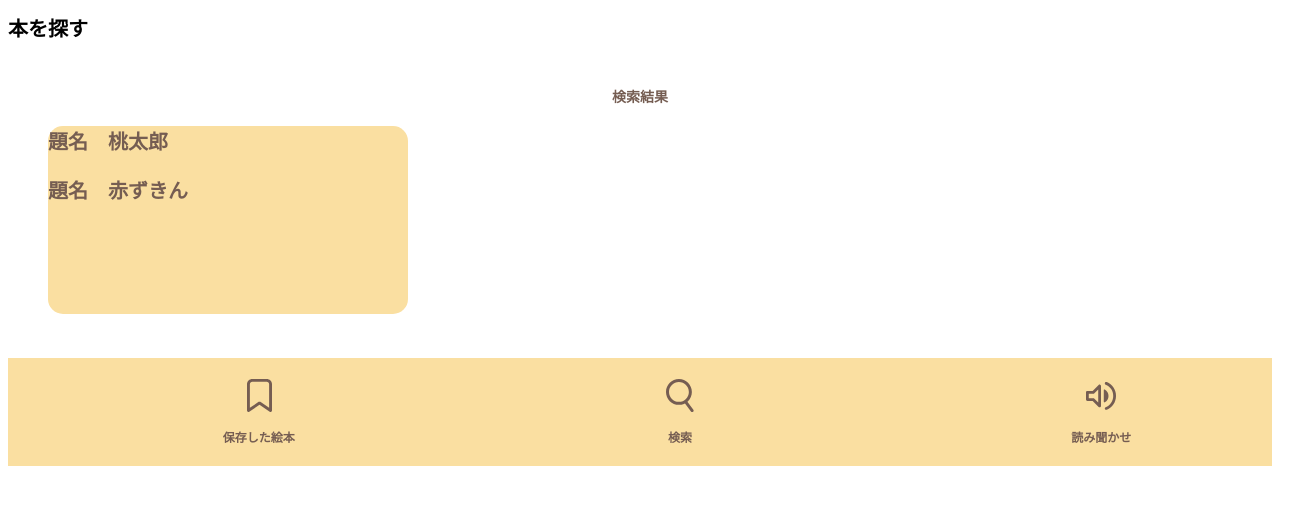
Repository: kmii12/2024-teampj
Page: /result
The author's editor kept a copy of each file at every save. The page is drawn from the files as they stood at one save, then again after the next save.
The browser window is 1280 px wide. The page is 1312 px wide, so the pictures cover 1312 px, including what lies to the right of the window. The pictures show the whole page.
Some web fonts or font styles are not loaded; a fallback is used. The project was rebuilt for these pictures with package versions that can differ from the ones it lists, and the page was loaded fresh each time. The framework's server and built-in components were replaced by stand-ins that run in the browser. Also part of the build but not shown: next.config.mjs.

Above is the page before, as saved 2024-10-23 10:24:01.

### src/app/result/page.tsx
"use client";

import Link from "next/link";
import styles from "./Result.module.scss";
import { usePathname } from "next/navigation";

export default function Result() {
  const pathname = usePathname();

  //ダミーデータ（あとからfirebaseから取得）
  const ResultDatas = [
    {
      id: 1,
      title: "桃太郎",
      writer: "不明",
      illustrator: "不明",
      livingThing: ["人間", "陸の生き物", "空の生き物"],
      mainCharacter: "桃太郎",
      character: [
        "桃太郎",
        "犬",
        "猿",
        "キジ",
        "鬼",
        "おじいさん",
        "おばあさん",
      ],
      genre: "昔話",
      location: "日本",
      hue: "不明",
      atmosphere: "",
      season: "不明",
    },
    {
      id: 2,
      title: "赤ずきん",
      writer: "不明",
      illustrator: "不明",
      livingThing: ["人間", "陸の生き物", "空の生き物"],
      mainCharacter: "赤ずきん",
      character: ["赤ずきん", "おばあさん", "オオカミ"],
      hue: "不明",
      atmosphere: ["かわいい", "怖い"],
      genre: "昔話",
      location: "海外",
      season: "不明",
    },
  ];
  return (
    <>
      <h1>本を探す</h1>

      <div className={styles.resultContainer}>
        <h2>検索結果</h2>
        <ul className={styles.resultList}>
          <div className={styles.resultItemWrap}>
            {ResultDatas.map((result) => (
              <li key={result.id} className={styles.resultItem}>
                <h3 className="title">題名　{result.title}</h3>
              </li>
            ))}
          </div>
        </ul>
      </div>
    </>
  );
}

### src/app/globals.css
html {
  font-size: 62.5%;
}

body {
  font-family: "Zen Maru Gothic", serif;
}

a {
  color: inherit;
  text-decoration: none;
}

li {
  list-style-type: none;
}

### src/app/components/Footer.tsx
"use client";

import Link from "next/link";
import styles from "./Footer.module.scss";
import { usePathname } from "next/navigation";

export default function Footer() {
  const pathname = usePathname();

  return (
    <footer className={styles.footer}>
      <nav>
        <ul>
          <li>
            <Link
              href="/saved"
              className={pathname === "/saved" ? styles.active : ""}
            >
              <svg
                xmlns="http://www.w3.org/2000/svg"
                width="40"
                height="40"
                viewBox="0 0 40 40"
                fill="none"
              >
                <path
                  d="M31.5577 36C31.2643 35.9944 30.9782 35.9096 30.7308 35.7549L20.5 28.7589L10.2692 35.7549C10.0433 35.8898 9.78379 35.9611 9.51923 35.9611C9.25467 35.9611 8.99521 35.8898 8.76923 35.7549C8.54791 35.643 8.3604 35.4762 8.22542 35.271C8.09043 35.0658 8.01271 34.8295 8 34.5857V8.18571C8 6.81038 8.55718 5.49137 9.54895 4.51886C10.5407 3.54635 11.8859 3 13.2885 3H27.7115C29.1141 3 30.4593 3.54635 31.451 4.51886C32.4428 5.49137 33 6.81038 33 8.18571V34.5857C33.001 34.8425 32.9297 35.0945 32.7939 35.3141C32.6582 35.5337 32.4633 35.7123 32.2308 35.8303C32.0245 35.9413 31.793 35.9996 31.5577 36ZM20.5 25.6286C20.7947 25.6255 21.0833 25.7111 21.3269 25.8737L30.1154 31.8703V8.18571C30.1154 7.56056 29.8621 6.96101 29.4113 6.51896C28.9605 6.07691 28.3491 5.82857 27.7115 5.82857H13.2885C12.6509 5.82857 12.0395 6.07691 11.5887 6.51896C11.1379 6.96101 10.8846 7.56056 10.8846 8.18571V31.8703L19.6731 25.8737C19.9167 25.7111 20.2053 25.6255 20.5 25.6286Z"
                  fill={pathname === "/saved" ? "#c96868" : "#755D52"}
                />
              </svg>
              <p
                style={{
                  color: pathname === "/saved" ? "#c96868" : "#755D52",
                }}
              >
                保存した絵本
              </p>
            </Link>
          </li>
          <li>
            <Link href="/" className={pathname === "/" ? styles.active : ""}>
              <svg
                xmlns="http://www.w3.org/2000/svg"
                width="40"
                height="40"
                viewBox="0 0 40 40"
                fill="none"
              >
                <path
                  fillRule="evenodd"
                  clipRule="evenodd"
                  d="M18.9346 25.8692C24.4214 25.8692 28.8692 21.4214 28.8692 15.9346C28.8692 10.4479 24.4214 6 18.9346 6C13.4479 6 9 10.4479 9 15.9346C9 21.4214 13.4479 25.8692 18.9346 25.8692ZM18.9346 28.8692C26.0782 28.8692 31.8692 23.0782 31.8692 15.9346C31.8692 8.79103 26.0782 3 18.9346 3C11.791 3 6 8.79103 6 15.9346C6 23.0782 11.791 28.8692 18.9346 28.8692Z"
                  fill={pathname === "/" ? "#c96868" : "#755D52"}
                />
                <path
                  fillRule="evenodd"
                  clipRule="evenodd"
                  d="M33.0447 35.7533C32.3807 36.2486 31.4408 36.1119 30.9455 35.4479L25.0052 27.4848C24.5099 26.8208 24.6466 25.881 25.3106 25.3856C25.9746 24.8903 26.9145 25.027 27.4098 25.691L33.3501 33.6541C33.8455 34.3181 33.7087 35.2579 33.0447 35.7533Z"
                  fill={pathname === "/" ? "#c96868" : "#755D52"}
                />
              </svg>
              <p
                style={{
                  color: pathname === "/" ? "#c96868" : "#755D52",
                }}
              >
                検索
              </p>
            </Link>
          </li>
          <li>
            <Link
              href="/read"
              className={pathname === "/read" ? styles.active : ""}
            >
              <svg
                xmlns="http://www.w3.org/2000/svg"
                width="40"
                height="40"
                viewBox="0 0 40 40"
                fill="none"
              >
                <path
                  d="M32.2221 19.8994C32.2221 17.3902 31.5324 15.124 30.1529 13.1006C28.7732 11.0776 26.9538 9.59382 24.6946 8.64937C24.3335 8.49187 24.0742 8.24423 23.9167 7.90646C23.7592 7.5684 23.7499 7.22812 23.8888 6.88562C24.0371 6.51507 24.2987 6.25576 24.6737 6.10771C25.0487 5.95965 25.4307 5.96424 25.8196 6.12146C28.5879 7.27896 30.8101 9.10076 32.4862 11.5869C34.1621 14.073 35 16.8438 35 19.8994C35 22.9549 34.1621 25.7258 32.4862 28.2119C30.8101 30.698 28.5879 32.5198 25.8196 33.6773C25.4307 33.8345 25.0487 33.8391 24.6737 33.691C24.2987 33.543 24.0371 33.2837 23.8888 32.9131C23.7499 32.5706 23.7592 32.2303 23.9167 31.8923C24.0742 31.5545 24.3335 31.3069 24.6946 31.1494C26.9538 30.2049 28.7732 28.7212 30.1529 26.6981C31.5324 24.6748 32.2221 22.4085 32.2221 19.8994ZM11.6667 24.941H6.38875C5.99069 24.941 5.65972 24.8091 5.39583 24.5452C5.13194 24.2813 5 23.9503 5 23.5523V16.3298C5 15.9317 5.13194 15.6008 5.39583 15.3369C5.65972 15.073 5.99069 14.941 6.38875 14.941H11.6667L17.6388 8.96896C18.074 8.53368 18.5764 8.4341 19.1458 8.67021C19.7153 8.90632 20 9.33451 20 9.95479V29.9273C20 30.5476 19.7153 30.9758 19.1458 31.2119C18.5764 31.448 18.074 31.3484 17.6388 30.9131L11.6667 24.941ZM27.5 19.941C27.5 21.293 27.1713 22.5315 26.5138 23.6565C25.8565 24.7815 24.9492 25.6587 23.7917 26.2881C23.5508 26.4178 23.3217 26.4109 23.1042 26.2673C22.8867 26.124 22.7779 25.9226 22.7779 25.6631V14.1631C22.7779 13.904 22.8867 13.7026 23.1042 13.559C23.3217 13.4156 23.5508 13.4087 23.7917 13.5381C24.9492 14.177 25.8565 15.0706 26.5138 16.219C27.1713 17.367 27.5 18.6077 27.5 19.941ZM17.2221 13.5244L12.8887 17.719H7.77792V22.1631H12.8887L17.2221 26.3856V13.5244Z"
                  fill={pathname === "/read" ? "#c96868" : "#755D52"}
                />
              </svg>
              <p
                style={{
                  color: pathname === "/read" ? "#c96868" : "#755D52",
                }}
              >
                読み聞かせ
              </p>
            </Link>
          </li>
        </ul>
      </nav>
    </footer>
  );
}

### src/app/result/Result.module.scss
@import "../styles/variables.scss";

.resultContainer {
  color: $text;
  margin: 44px 0; //resultPage全ての上下の余白
  // border: 1px solid #000;

  h2 {
    position: relative;
    text-align: center;
    font-size: 1.4em;
  }
  h3 {
    font-size: 2em;
  }

  .resultItemWrap {
    width: 360px;
    height: 188px;
    background-color: $main;
    border-radius: 15px;
    box-shadow: (0, 2, 2, 0);
  }
}

### src/app/components/Footer.module.scss
@import "../styles/variables.scss";

.footer {
  width: 100%;
  height: 14vh;
  padding-top: 1vh;
  background-color: $main;
  nav {
    width: inherit;
    height: inherit;
    ul {
      width: inherit;
      height: auto;
      display: flex;
      justify-content: space-around;
      align-items: center;
      li {
        width: calc(100% / 3);
        a {
          display: flex;
          flex-direction: column;
          justify-content: center;
          align-items: center;
          p {
            font-size: 1.2rem;
            font-weight: bold;
          }
        }
      }
    }
  }
}

### src/app/styles/variables.scss
// sassでカラーを使用するとき用

// 使用するファイルで最初に下記を記述
// コンポーネント用 → @import "../styles/variables.scss";
// ページ用 → @import "./styles/variables.scss";

$base: #fff4ea;
$main: #fadfa1;
$sub: #c96868;
$accent: #7eacb5;
$text: #755d52;

Loaded but not shown: src/app/layout.tsx (common file)

After the next save:
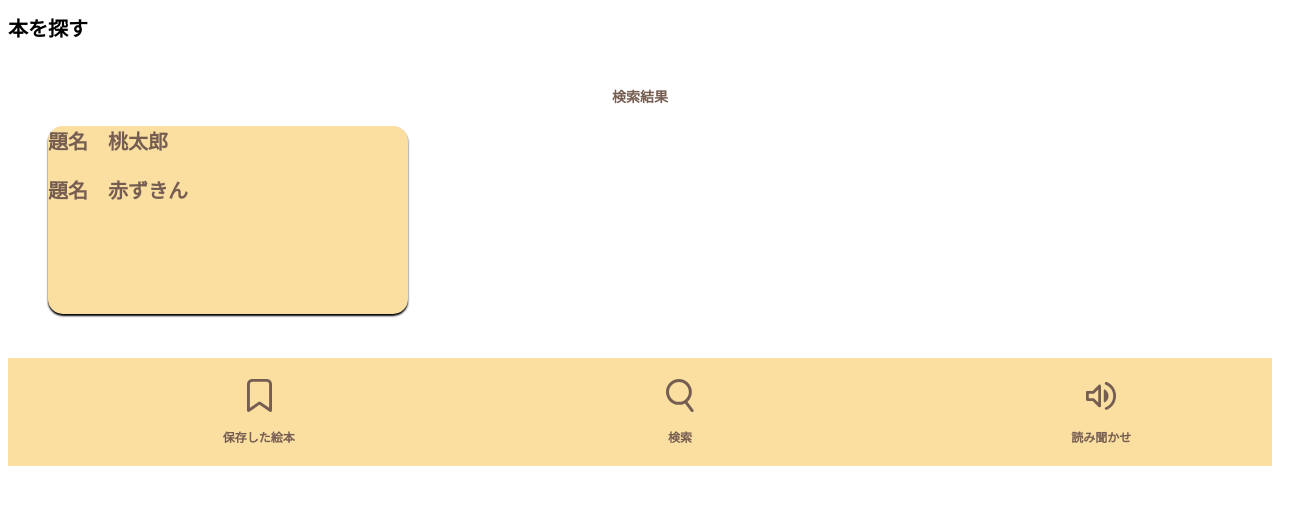
Saved 104 s later.
--- a/src/app/result/Result.module.scss
+++ b/src/app/result/Result.module.scss
@@ -19,6 +19,6 @@
     height: 188px;
     background-color: $main;
     border-radius: 15px;
-    box-shadow: (0, 2, 2, 0);
+    box-shadow: 0px 2px 2px #000;
   }
 }
